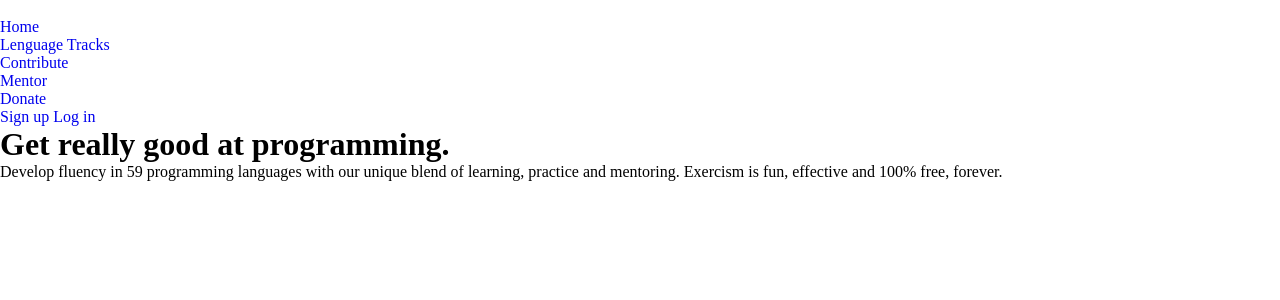
Repository: mvbri/exercism-style-website
Page: index.html
These files come from the project's save history. The page is drawn as it stood at one moment and after the next save; the edit follows.
The browser window is 1280 px wide. The pictures show the whole page.

Above is the page before, as saved 2022-07-20 18:13:25.

### index.html
<!DOCTYPE html>
<html lang="en">
  <head>
    <meta charset="UTF-8" />
    <meta http-equiv="X-UA-Compatible" content="IE=edge" />
    <meta name="viewport" content="width=device-width, initial-scale=1.0" />
    <title>Document</title>
    <link rel="stylesheet" href="style.css" />
  </head>
  <body>
    <div class="container">
      <header class="site-header">
        <div class="logo">
          <img src="" alt="" />
        </div>
        <nav class="signed-out">
          <ul>
            <li>
              <a href="#">Home</a>
            </li>
            <li>
              <a href="#">Lenguage Tracks</a>
            </li>
            <li>
              <a href="#">Contribute</a>
            </li>
            <li>
              <a href="#">Mentor</a>
            </li>
            <li>
              <a href="#">Donate</a>
            </li>
          </ul>
        </nav>
        <div class="auth-buttons">
          <a href="#">Sign up</a>
          <a href="#">Log in</a>
        </div>
      </header>
      <main class="main page-landing">
        <header>
          <div class="flex">
            <h1>Get really good at programming.</h1>
            <p>
              Develop fluency in 59 programming languages with our unique blend
              of learning, practice and mentoring. Exercism is fun, effective
              and 100% free, forever.
            </p>
          </div>
        </header>
      </main>
      <footer class="footer"></footer>
    </div>
    <script src="./script.js"></script>
  </body>
</html>

### style.css
* {
    margin: 0;
    padding: 0;
    box-sizing: border-box;
}

a {
    text-decoration: none;
}

ul {
    list-style: none;
}

Loaded but not shown: script.js (no stored copy; drawn as an empty file)

After the next save:
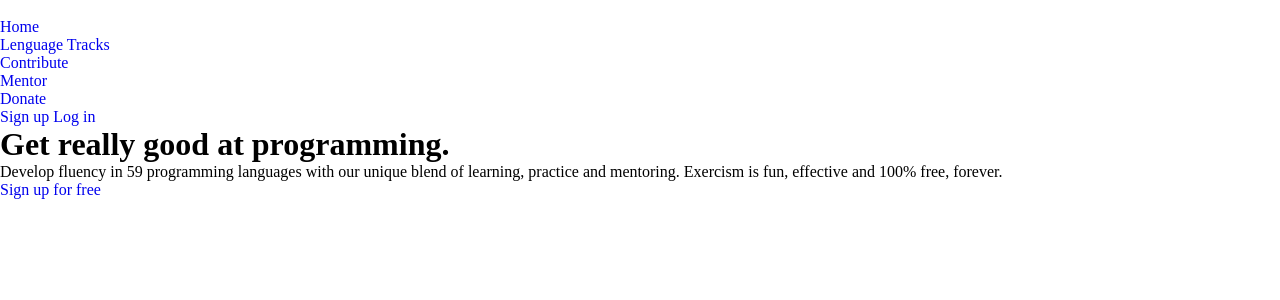
Saved 54 s later.
--- a/index.html
+++ b/index.html
@@ -46,6 +46,9 @@
               of learning, practice and mentoring. Exercism is fun, effective
               and 100% free, forever.
             </p>
+            <div class="buttons-banner">
+              <a href="#">Sign up for free</a>
+            </div>
           </div>
         </header>
       </main>
